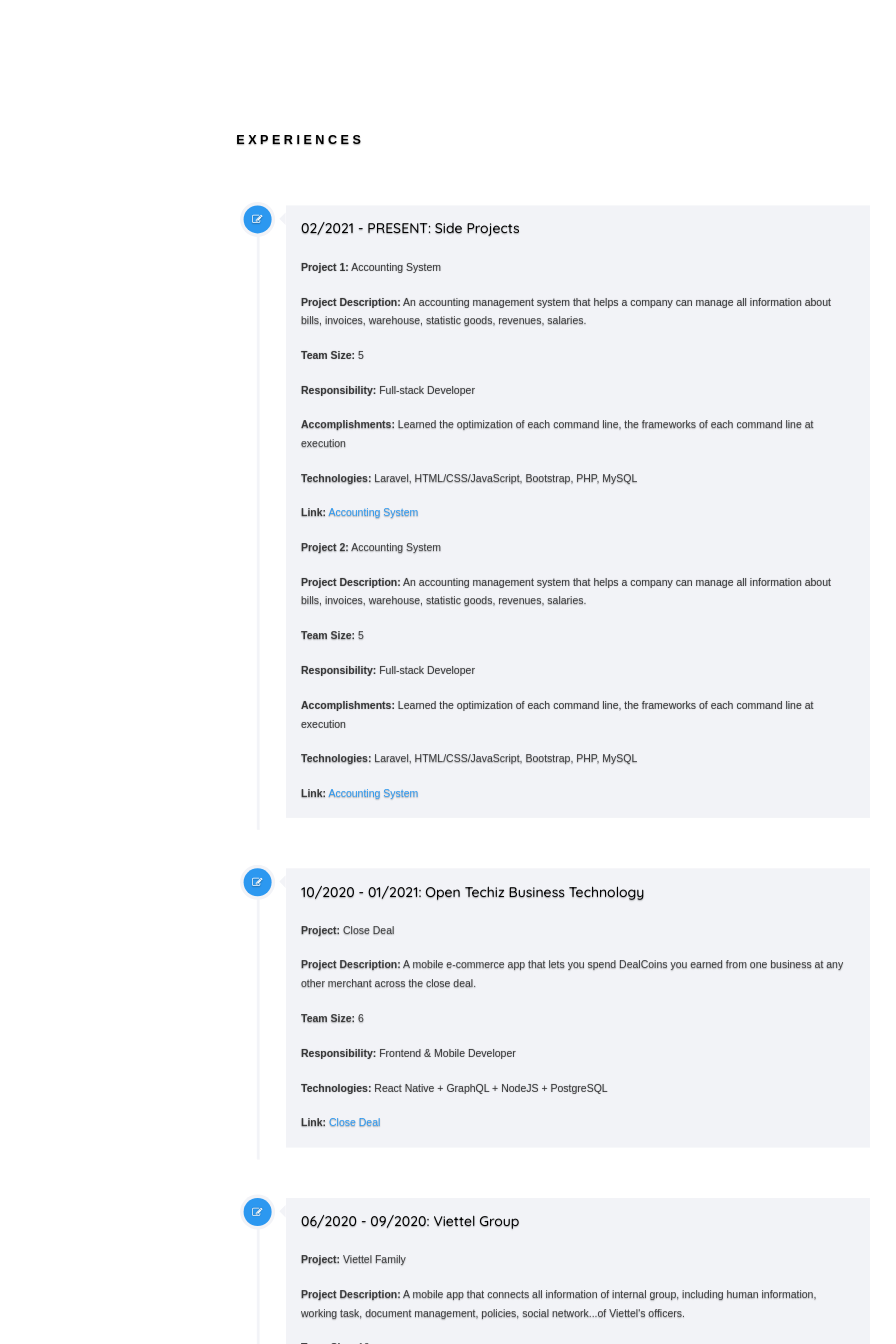
Repository: thinhnpptit/my-cv
Page: index.html
An editor plug-in stored every save of this project. The page is shown before and after the next save, followed by the edit.
The browser window is 1280 px wide. The pictures show the part of the page from y = 2218 to 4138 px (the page is 5194 px tall), at 70% of full size.
Some web fonts or font styles are not loaded; a fallback is used.

Above is the page before, as saved 2021-06-22 22:53:27.
Console error: TypeError: $(...).stick_in_parent is not a function

After the next save:
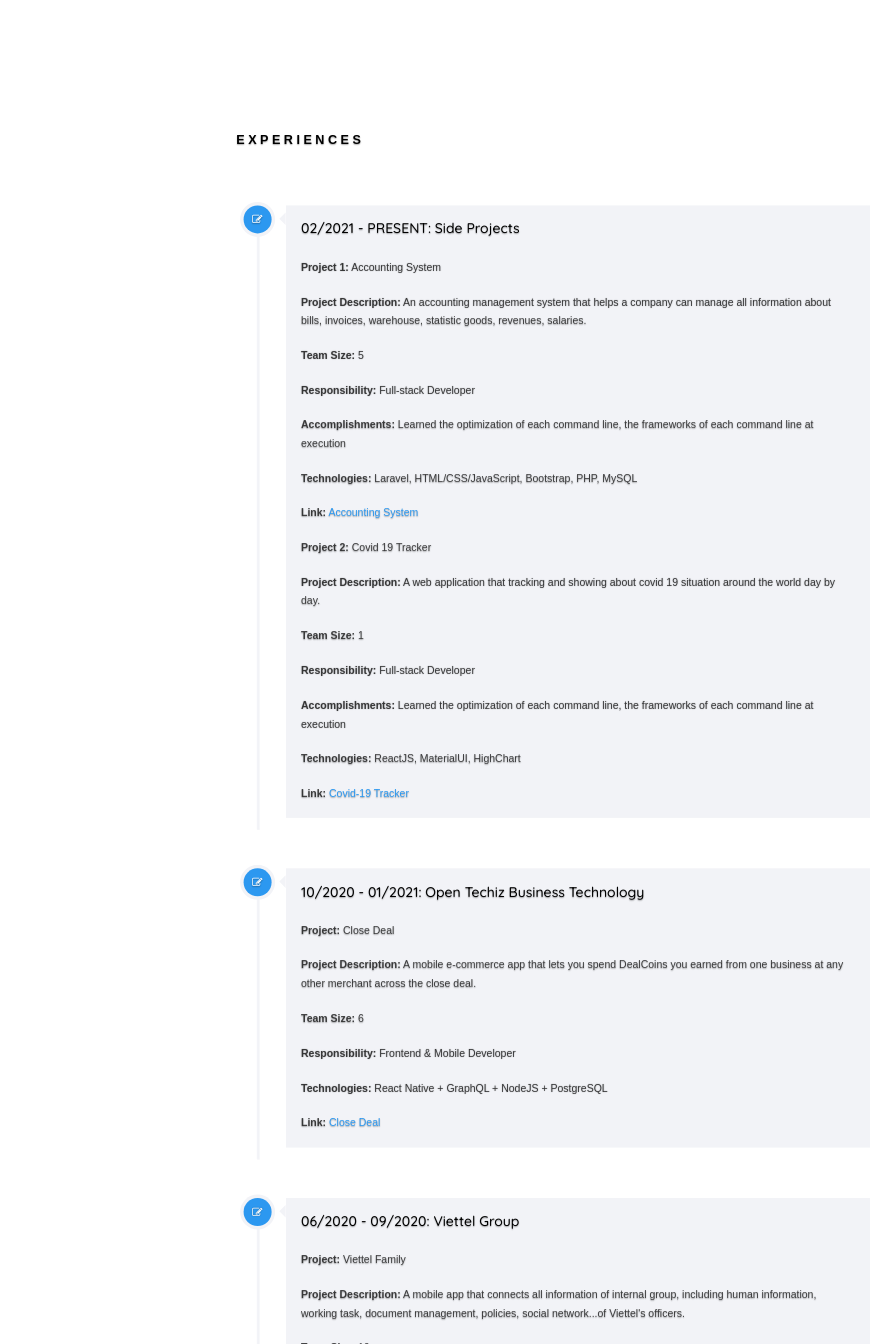
Saved 116 s later.
--- a/index.html
+++ b/index.html
@@ -292,13 +292,13 @@
 										</div> -->
 										<p></p>
 										<p></p>
-										<p><strong>Project 2:</strong> Accounting System</p>
-										<p><strong>Project Description:</strong> An accounting management system that helps a company can manage all 	  	  information about bills, invoices, warehouse, statistic goods, revenues, salaries.</p>
-										<p><strong>Team Size:</strong> 5</p>
+										<p><strong>Project 2:</strong> Covid 19 Tracker</p>
+										<p><strong>Project Description:</strong> A web application that tracking and showing about covid 19 situation around 	the world day by day.</p>
+										<p><strong>Team Size:</strong> 1</p>
 										<p><strong>Responsibility: </strong>Full-stack Developer</p>
 										<p><strong>Accomplishments:</strong> Learned the optimization of each command line, the frameworks of each command line at execution</p>
-										<p><strong>Technologies:</strong> Laravel, HTML/CSS/JavaScript, Bootstrap, PHP, MySQL</p>
-										<span><strong>Link:</strong></span><a href="http://accounting-system-app.herokuapp.com"> Accounting System</a>
+										<p><strong>Technologies:</strong> ReactJS, MaterialUI, HighChart</p>
+										<span><strong>Link:</strong></span><a href="https://thinhnpptit.github.io/covid-19-tracker"> Covid-19 Tracker</a>
 										<div class="list-img text-center">
 											<!-- Images -->
 										</div>
